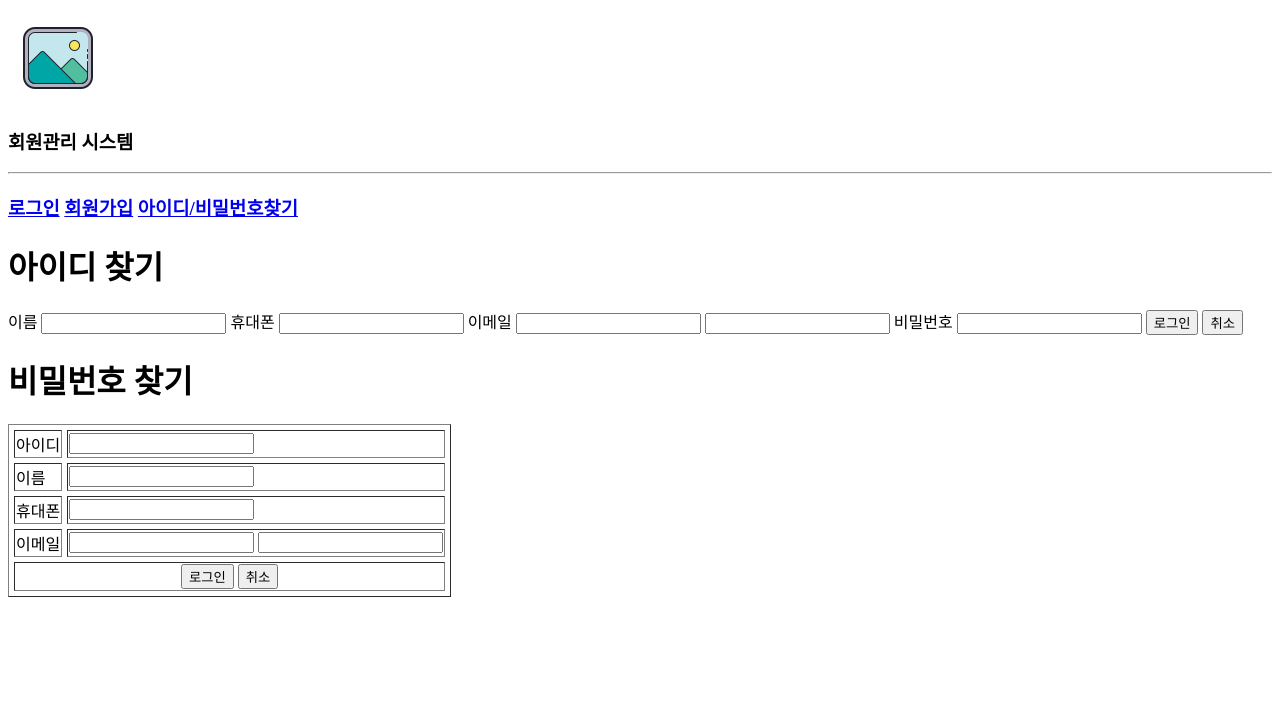
Repository: jelly02/workspace_web
Page: 04.css_basic/src/main/webapp/findMember.html
These files come from the project's save history. The page is drawn as it stood at one moment and after the next save; the edit follows.
The browser window is 1280 px wide. The pictures show the whole page.

Above is the page before, as saved 2021-06-28 07:07:48.

After the next save:
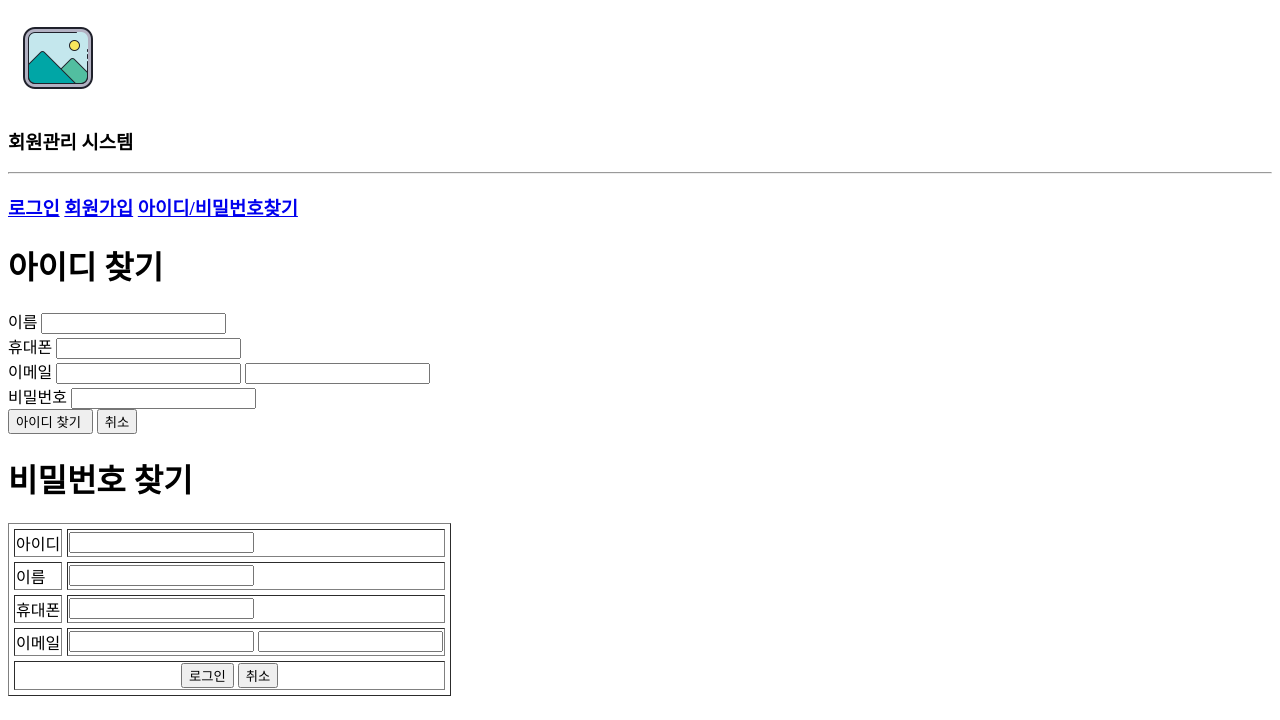
Saved 41 s later.
--- a/04.css_basic/src/main/webapp/findMember.html
+++ b/04.css_basic/src/main/webapp/findMember.html
@@ -20,22 +20,22 @@
 		<h1>아이디 찾기</h1>
 			<div>
 				<form action = "result.html" method = "post">
-
+					<div>
 					<span>이름</span>
 					<input type = "text" name="name">
-
+					<div>
 					<span>휴대폰</span>
 					<input type = "text" name="phone">
-
+					<div>
 					<span>이메일</span>
 					<input type = "text" name="email1">
 					<input type = "text" name="email2">
-
+					<div>
 					<span>비밀번호</span>
 					<input type = "password" name="memberPw">
 
-
-					<input type = "submit" value = "로그인" >
+					<div>
+					<input type = "submit" value = "아이디 찾기 " >
 					<input type = "reset" value = "취소">
 
 
